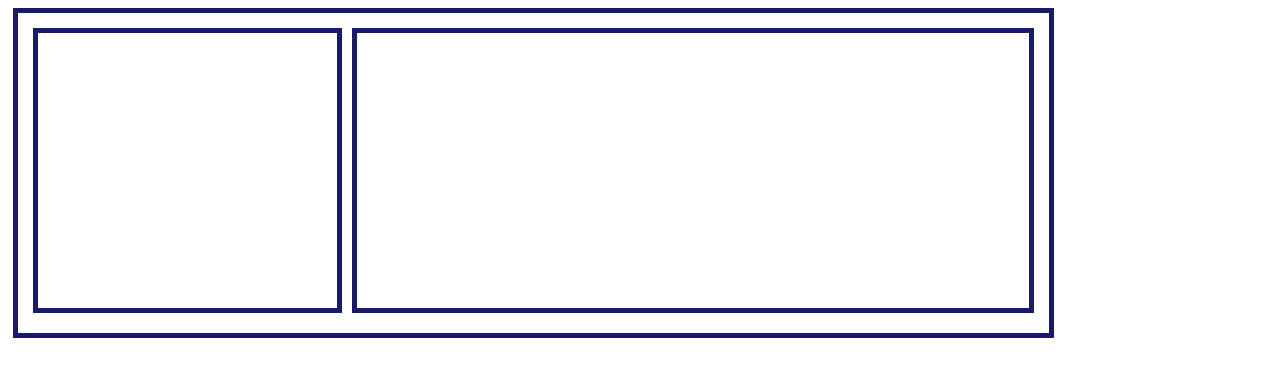
Repository: choidazzi/DDIT
Page: web programming/html/webpro/src/main/webapp/0421/div_span.html
The author's editor kept a copy of each file at every save. The page is drawn from the files as they stood at one save, then again after the next save.
The browser window is 1280 px wide. The pictures show the whole page.

Above is the page before, as saved 2023-04-21 01:14:27.

After the next save:
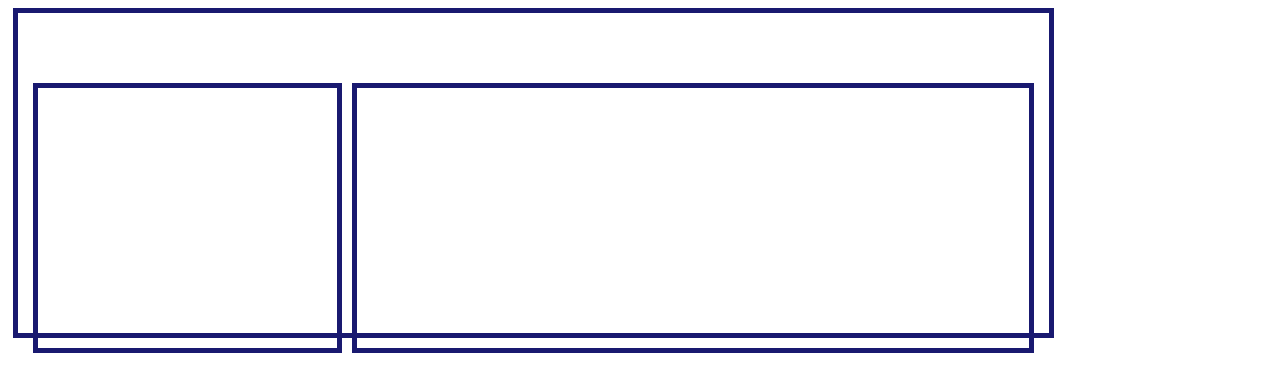
Saved 24 s later.
--- a/web programming/html/webpro/src/main/webapp/0421/div_span.html
+++ b/web programming/html/webpro/src/main/webapp/0421/div_span.html
@@ -19,7 +19,8 @@ div {
 
 #d2, #d3 {
 	/* width: 50%; */
-	height: 85%;
+	height: 80%;
+	margin-top: 60px;
 }
 
 #d2{
